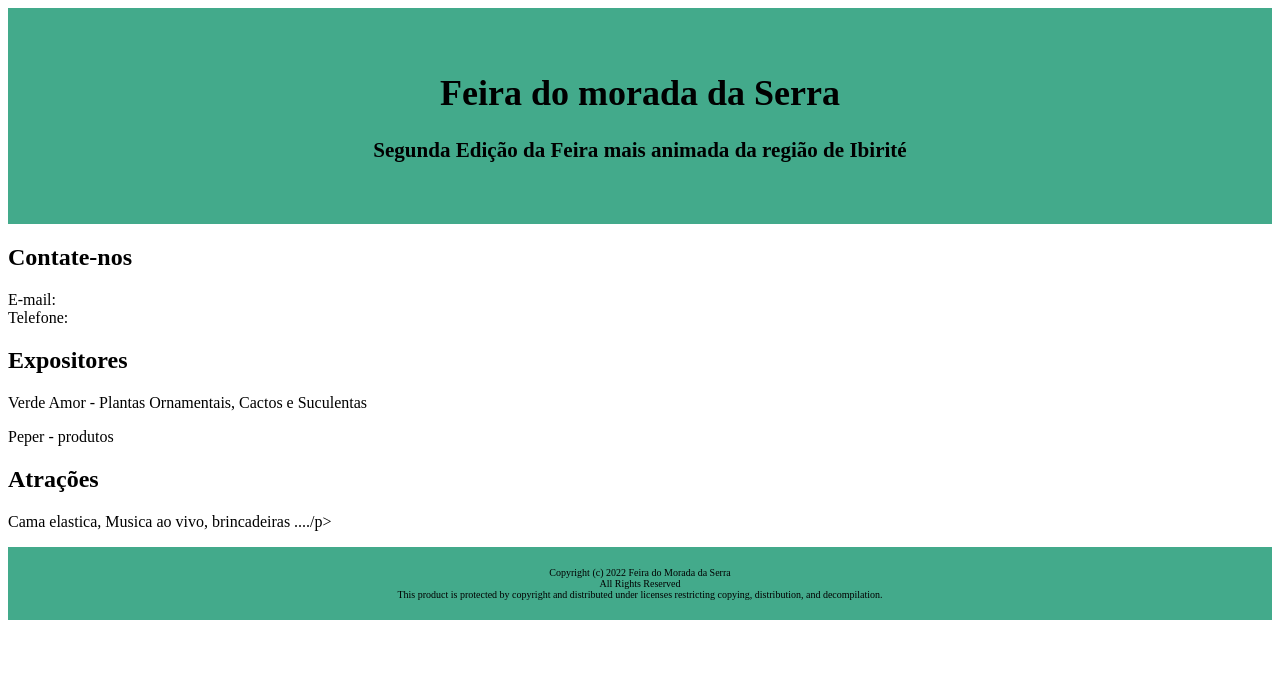
Repository: valerianogueirasilva/feiraibirite
Page: SoacialProject/Index.html
These files come from the project's save history. The page is drawn as it stood at one moment and after the next save; the edit follows.
The browser window is 1280 px wide. The pictures show the whole page.

Above is the page before, as saved 2022-07-11 14:53:46.

After the next save:
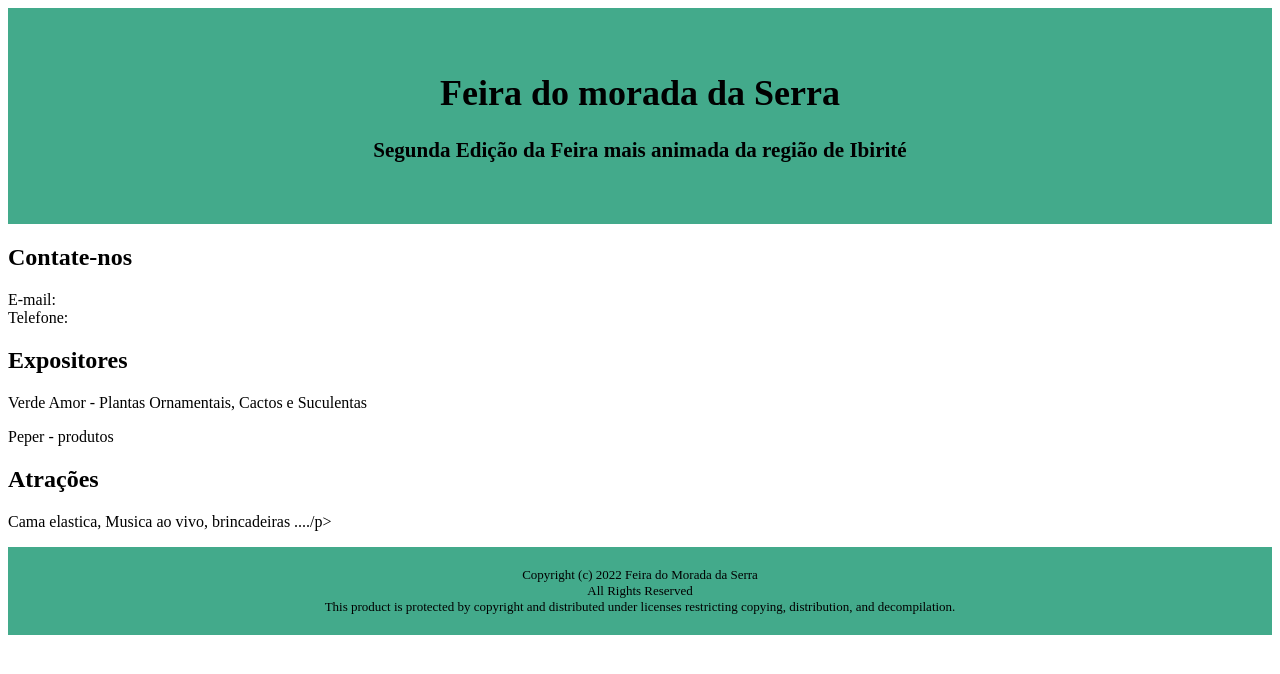
Saved 9 s later.
--- a/SoacialProject/Css/cssfile.css
+++ b/SoacialProject/Css/cssfile.css
@@ -30,5 +30,5 @@ https://coolors.co/f94144-f3722c-f8961e-fdc9b0-f9c74f-74a94c-43aa8b-4f9290-fffff
 	text-align: center;
 	padding: 20px;
 	background: #43AA8B;
-	font-size: 10px;
+	font-size: 13px;
 }
